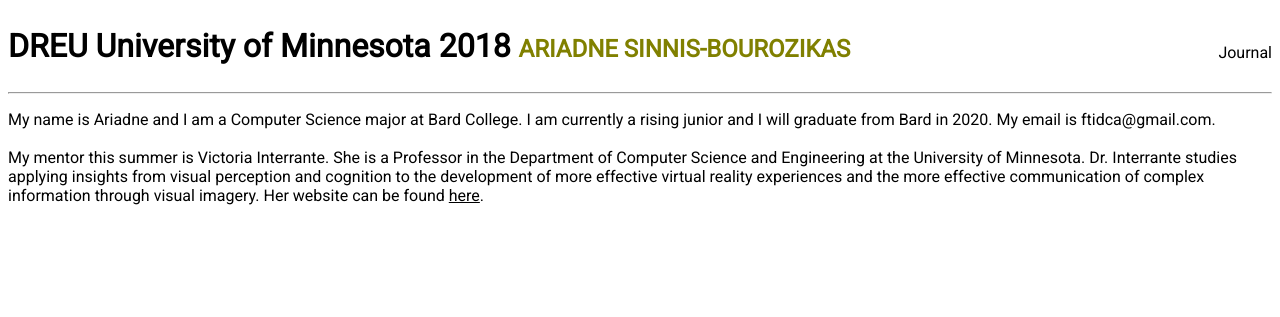
Repository: ariadnesb/dreu2018
Page: index.html
The author's editor kept a record of every edit. The page is drawn from the files as they stood at one moment, then again after the next edit.
The browser window is 1280 px wide. The pictures show the whole page.

Above is the page before.

After the next edit:
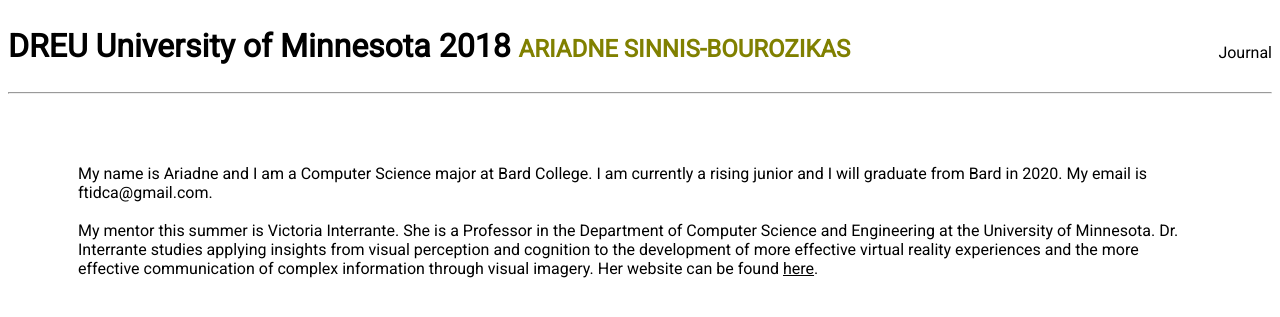
The edit:
--- a/styles.css
+++ b/styles.css
@@ -64,3 +64,14 @@ html {
     display:inline-block;
     margin: 70px;
 }
+
+#journal h2 {
+    color: olive;
+}
+#journal p{
+    margin-left: 73px;
+}
+
+#paragraph {
+    margin: 70px;
+}
